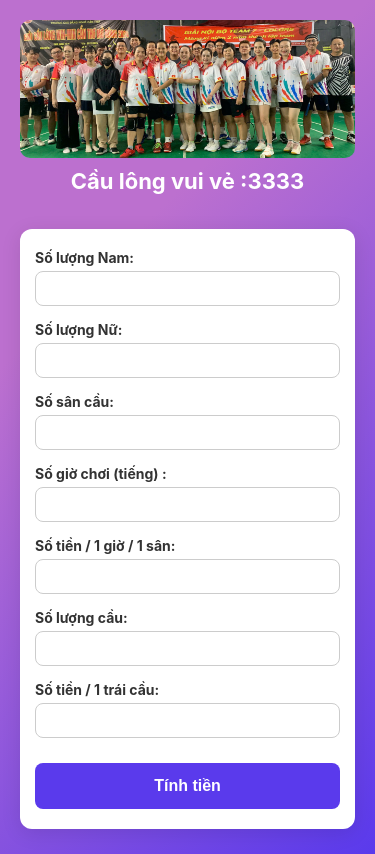
Repository: LuongPTCE181311/Badminton
Page: index.html
An editor plug-in stored every save of this project. The page is shown before and after the next save, followed by the edit.
The browser window is 375 px wide. The pictures show the whole page.

Above is the page before, as saved 2025-12-08 00:53:32.

### index.html
<!DOCTYPE html>
<html lang="vi">

<head>
    <meta charset="UTF-8" />
    <meta name="viewport" content="width=device-width, initial-scale=1.0" />
    <title>Tính Tiền Sân Cầu Lông</title>
    <link rel="stylesheet" href="assets/css/style.css" />
</head>

<body>


    <div class="hero">
        <img src="assets/images/Caulongvuive.jpg" id="img" class="hero-img" alt="Group" />
        <h1 class="title">Cầu lông vui vẻ :3333</h1>
    </div>


    <div class="container">
        <form id="calcForm">


            <div class="form-group">
                <label>Số lượng Nam:</label>
                <input type="number" id="men" />
                <span class="error" id="men_err"></span>
            </div>


            <div class="form-group">
                <label>Số lượng Nữ:</label>
                <input type="number" id="women" />
                <span class="error" id="women_err"></span>
            </div>


            <div class="form-group">
                <label>Số sân cầu:</label>
                <input type="number" id="courts" />
                <span class="error" id="courts_err"></span>
            </div>


            <div class="form-group">
                <label>Số giờ chơi (tiếng) :</label>
                <input type="number" id="hours" />
                <span class="error" id="hours_err"></span>
            </div>


            <div class="form-group">
                <label>Số tiền / 1 giờ / 1 sân:</label>
                <input type="number" id="pricePerHour" />
                <span class="error" id="pricePerHour_err"></span>
            </div>


            <div class="form-group">
                <label>Số lượng cầu:</label>
                <input type="number" id="shuttleCount" />
                <span class="error" id="shuttleCount_err"></span>
            </div>


            <div class="form-group">
                <label>Số tiền / 1 trái cầu:</label>
                <input type="number" id="pricePerShuttle" />
                <span class="error" id="pricePerShuttle_err"></span>
            </div>


            <button type="button" id="calculateBtn" class="btn">Tính tiền</button>
        </form>
    </div>


    <div id="resultModal" class="modal hidden">
        <div class="modal-content">
            <h2>Kết Quả Tính Tiền</h2>
            <div id="result"></div>
            <button id="closeModal" class="close-btn">Đóng</button>
        </div>
    </div>


    <script src="assets/js/main.js"></script>
</body>

</html>

### assets/css/style.css
* {
  box-sizing: border-box;
}

body {
  margin: 0;
  padding: 10px;
  font-family: -apple-system, BlinkMacSystemFont, "Segoe UI", Roboto,
    "Helvetica Neue", Arial, sans-serif;
  background: linear-gradient(135deg, #bc70cf 30%, #5a3aec 100%);
  min-height: 100vh;
}

.hero {
  text-align: center;
  padding-top: 20px;
  max-width: 100%;
  overflow: hidden;
}

.hero-img {
  width: 100%;
  max-width: 400px;
  height: auto;
  display: block;
  margin: 0 auto 15px auto;
  border-radius: 10px;
  object-fit: cover;
}

.close-btn {
  padding: 12px;
  font-size: 15px;
  border-radius: 10px;
  width: 100%;
  margin-top: 3%;
  background-color: #bd5ad6;
  border: none;
  outline: none;
  color: white;
}

.title {
  font-size: clamp(24px, 5vw, 30px);
  font-weight: bold;
  color: white;
  margin: 10px 0;
  text-shadow: 2px 2px 4px rgba(0, 0, 0, 0 3);
  padding: 0 15px;
}

.container {
  width: calc(100% - 20px);
  max-width: 450px;
  margin: 25px auto;
  background-color: white;
  padding: 25px;
  border-radius: 15px;
  box-shadow: 0 4px 20px rgba(0, 0, 0, 0.1);
}

label {
  font-weight: 700;
  display: block;
  margin-bottom: 5px;
  font-size: 15px;
  color: #333;
}

input {
  width: 100%;
  padding: 8px 8px;
  background: rgba(255, 255, 255, 0.6) !important;
  border-radius: 8px;
  border: 1px solid #ccc;
  transition: 0.3s;
  -webkit-appearance: none;
  appearance: none;
}

input:focus {
  outline: none;
  border-color: #1e88e5;
  box-shadow: 0 0 0 3px rgba(30, 136, 229, 0.1);
}

input.error-border {
  border-color: #e53935 !important;
}

.error {
  font-size: 12px;
  color: #d84747;
  font-weight: 600;
  display: block;
  margin-top: 5px;
  min-height: 18px;
}

.btn {
  width: 100%;
  padding: 14px;
  background: #5a3aec;
  color: white;
  font-size: 17px;
  font-weight: 600;
  border: none;
  border-radius: 8px;
  cursor: pointer;
  transition: background 0.3s, transform 0.1s;
  margin-top: 10px;
}

.btn:hover {
  background: #3c22b3;
}

.btn:active {
  transform: scale(0.98);
}

.modal {
  position: fixed;
  inset: 0;
  background: rgba(0, 0, 0, 0.5);
  display: flex;
  justify-content: center;
  align-items: center;
  z-index: 1000;
  padding: 20px;
}

.hidden {
  display: none !important;
}

.modal-content {
  background: white;
  padding: 25px;
  width: calc(100% - 40px);
  max-width: 400px;
  border-radius: 15px;
  text-align: left;
  box-shadow: 0 4px 15px rgba(0, 0, 0, 0.2);
  max-height: 90vh;
  overflow-y: auto;
}

.modal-content h2 {
  margin-top: 0;
  margin-bottom: 20px;
  text-align: center;
  color: #333;
  font-size: clamp(20px, 4vw, 24px);
}

#result {
  line-height: 1.8;
  font-size: 14px;
  color: #555;
}

#result b {
  color: #333;
}

. close-btn {
  margin-top: 20px;
  background: #e53935;
  color: white;
  padding: 12px;
  width: 100%;
  border: none;
  border-radius: 8px;
  cursor: pointer;
  font-size: 16px;
  font-weight: 600;
  transition: background 0.3s, transform 0.1s;
}

.close-btn:hover {
  background: #d32f2f;
}

. close-btn:active {
  transform: scale(0.98);
}

/* Tablet devices */
@media screen and (max-width: 768px) {
  body {
    padding: 10px;
  }

  . container {
    width: calc(100% - 20px);
    margin: 20px auto;
    padding: 20px;
  }

  . hero {
    padding: 15px 0;
  }

  .hero-img {
    max-width: 350px;
  }
}

/* Mobile devices */
@media screen and (max-width: 480px) {
  body {
    padding: 10px;
  }

  .container {
    width: calc(100% - 20px);
    margin: 15px auto;
    padding: 20px 15px;
    border-radius: 12px;
  }

  .hero {
    padding: 10px 0;
  }

  .hero-img {
    max-width: 100%;
    width: calc(100% - 20px);
    margin: 0 auto 10px auto;
  }

  .title {
    font-size: 22px;
    padding: 0 10px;
  }


  .error {
    font-size: 12px;
    color: #d84747;
    font-weight: 600;
    display: block;
    margin-top: 5px;
    min-height: 10px;
  }

  label {
    font-size: 14px;
  }

  input {
    width: 100%;
    padding: 9px;
    background: rgba(255, 255, 255, 0.6) !important;
    border-radius: 8px;
    border: 1px solid #ccc;
    transition: 0.3s;
    -webkit-appearance: none;
    appearance: none;
  }

  .btn {
    padding: 14px;
    font-size: 16px;
  }

  . modal {
    padding: 15px;
  }

  .modal-content {
    width: calc(100% - 30px);
    padding: 20px;
    border-radius: 12px;
  }

  .modal-content h2 {
    font-size: 20px;
    margin-bottom: 15px;
  }

  #result {
    font-size: 13px;
    line-height: 1.7;
  }

  .close-btn {
    padding: 12px;
    font-size: 15px;
    border-radius: 10px;
    width: 100%;
    margin-top: 3%;
    background-color: #bd5ad6;
    border: none;
    outline: none;
    color: white;
  }
}

/* Very small mobile devices */
@media screen and (max-width: 360px) {
  body {
    padding: 8px;
  }

  . container {
    width: calc(100% - 16px);
    padding: 15px 12px;
  }

  . title {
    font-size: 22px;
  }

  . hero-img {
    width: calc(100% - 16px);
  }

  input {
    width: 100%;
    padding: 12px;
    background: rgba(255, 255, 255, 0.6) !important;
    border-radius: 8px;
    border: 1px solid #ccc;
    transition: 0.3s;
    -webkit-appearance: none;
    appearance: none;
  }

  .btn {
    padding: 12px;
    font-size: 15px;
  }

  .modal-content {
    width: calc(100% - 24px);
    padding: 15px;
  }

  #result {
    font-size: 12px;
  }
}

/* Landscape orientation on mobile */
@media screen and (max-height: 600px) and (orientation: landscape) {
  body {
    padding: 5px;
  }

  . hero {
    padding: 5px 0;
  }

  .hero-img {
    max-width: 200px;
    max-height: 120px;
    margin-bottom: 5px;
  }

  .title {
    font-size: 18px;
    margin: 5px 0;
  }

  .container {
    margin: 10px auto;
    width: calc(100% - 10px);
    max-width: 600px;
  }

  . modal-content {
    max-height: 85vh;
  }
}

### assets/js/main.js
// ===================== VALIDATION =========================

function setError(id, message) {
  const input = document.getElementById(id);
  const err = document.getElementById(id + "_err");
  err.textContent = message;
  input.classList.add("error-border");
}

function clearError(id) {
  const input = document.getElementById(id);
  const err = document.getElementById(id + "_err");
  err.textContent = "";
  input.classList.remove("error-border");
}

function validateField(id) {
  const value = document.getElementById(id).value.trim();

  switch (id) {
    case "men":
    case "women":
      if (value === "" || isNaN(value) || parseInt(value) < 0) {
        setError(id, "Giá trị phải ≥ 0");
        return false;
      }
      const men = parseInt(document.getElementById("men").value) || 0;
      const women = parseInt(document.getElementById("women").value) || 0;
      if (men === 0 && women === 0) {
        setError(id, "Nam + Nữ phải ≥ 1");
        return false;
      }
      break;

    case "courts":
      if (value === "" || isNaN(value) || parseInt(value) <= 0) {
        setError(id, "Số sân phải > 0");
        return false;
      }
      break;

    case "hours":
      if (value === "" || isNaN(value) || parseFloat(value) <= 0) {
        setError(id, "Số giờ phải > 0 (cho phép thập phân)");
        return false;
      }
      break;

    case "pricePerHour":
      if (value === "" || isNaN(value) || parseInt(value) < 1000) {
        setError(id, "Tiền / giờ phải ≥ 1000đ");
        return false;
      }
      break;

    case "shuttleCount":
      if (value === "" || isNaN(value) || parseInt(value) <= 0) {
        setError(id, "Số lượng cầu phải > 0");
        return false;
      }
      break;

    case "pricePerShuttle":
      if (value === "" || isNaN(value) || parseInt(value) < 1000) {
        setError(id, "Tiền 1 trái cầu phải ≥ 1000đ");
        return false;
      }
      break;
  }

  clearError(id);
  return true;
}

[
  "men",
  "women",
  "courts",
  "hours",
  "pricePerHour",
  "shuttleCount",
  "pricePerShuttle",
].forEach((id) => {
  document.getElementById(id).addEventListener("input", () => {
    validateField(id);
    if (id === "men" || id === "women") {
      const otherId = id === "men" ? "women" : "men";
      validateField(otherId);
    }
  });
});

// ===================== MODAL =========================

function closeModal() {
  document.getElementById("resultModal").classList.add("hidden");
}

function openModal() {
  document.getElementById("resultModal").classList.remove("hidden");
}

document.getElementById("closeModal").addEventListener("click", closeModal);

function roundUpToThousand(num) {
  return Math.ceil(num / 1000) * 1000;
}

// ===================== THUẬT TOÁN TỐI ƯU =========================

function findOptimalSplit(total, men, women) {
  let bestSolution = null;
  let minDifference = Infinity;
  for (let targetDiff = 3000; targetDiff <= 5000; targetDiff += 1000) {
    let perWoman = (total - targetDiff * men) / (men + women);
    let perMan = perWoman + targetDiff;
    perWoman = roundUpToThousand(perWoman);
    perMan = roundUpToThousand(perMan);
    while (perMan - perWoman < 3000) {
      perMan += 1000;
    }
    while (perMan - perWoman > 5000) {
      perWoman += 1000;
    }
    let actualTotal = perMan * men + perWoman * women;
    while (actualTotal < total) {
      const option1Woman = perWoman + 1000;
      const option1Total = perMan * men + option1Woman * women;
      if (perMan - option1Woman < 3000) {
        perMan += 1000;
      }
      perWoman = option1Woman;
      actualTotal = perMan * men + perWoman * women;
    }
    const genderDiff = perMan - perWoman;
    if (genderDiff < 3000 || genderDiff > 5000) {
      continue;
    }
    const difference = actualTotal - total;
    if (difference < minDifference) {
      minDifference = difference;
      bestSolution = {
        perMan: perMan,
        perWoman: perWoman,
        actualTotal: actualTotal,
        genderDiff: genderDiff,
      };
    }
  }

  return bestSolution;
}

// ===================== CALCULATE =========================

document.getElementById("calculateBtn").addEventListener("click", function () {
  let ok = true;
  const ids = [
    "men",
    "women",
    "courts",
    "hours",
    "pricePerHour",
    "shuttleCount",
    "pricePerShuttle",
  ];

  ids.forEach((id) => {
    if (!validateField(id)) ok = false;
  });

  if (!ok) return;

  const men = parseInt(document.getElementById("men").value) || 0;
  const women = parseInt(document.getElementById("women").value) || 0;
  const courts = parseInt(document.getElementById("courts").value);
  const hours = parseFloat(document.getElementById("hours").value);
  const pHour = parseInt(document.getElementById("pricePerHour").value);
  const scount = parseInt(document.getElementById("shuttleCount").value);
  const pShut = parseInt(document.getElementById("pricePerShuttle").value);

  const courtCost = courts * hours * pHour;
  const shuttleCost = scount * pShut;
  const total = courtCost + shuttleCost;

  let perMan = 0,
    perWoman = 0,
    actualTotal = 0;

  if (men > 0 && women > 0) {
    const solution = findOptimalSplit(total, men, women);
    perMan = solution.perMan;
    perWoman = solution.perWoman;
    actualTotal = solution.actualTotal;

    document.getElementById("result").innerHTML = `
        <b>Chi tiết chi phí:</b><br>
        • Tiền sân: ${courts} sân × ${hours}h × ${pHour.toLocaleString(
      "vi-VN"
    )}đ = ${courtCost.toLocaleString("vi-VN")} VND<br>
        • Tiền cầu: ${scount} cầu × ${pShut.toLocaleString(
      "vi-VN"
    )}đ = ${shuttleCost.toLocaleString("vi-VN")} VND<br><br>

        <b>Tổng dự kiến:</b> ${total.toLocaleString("vi-VN")} VND<br>
        <b>Tổng thực tế:</b> ${actualTotal.toLocaleString("vi-VN")} VND<br>
        <b>Chênh lệch tổng:</b> +${(actualTotal - total).toLocaleString(
          "vi-VN"
        )} VND<br><br>

        <b>Tiền mỗi nam:</b> <b>${perMan.toLocaleString(
          "vi-VN"
        )} đ </b>(x${men})<br>
        <b>Tiền mỗi nữ:</b> <b>${perWoman.toLocaleString(
          "vi-VN"
        )} đ </b>(x${women})<br><br>

        <b>Chênh lệch Nam/Nữ:</b> ${(perMan - perWoman).toLocaleString(
          "vi-VN"
        )} đ
    `;
  } else if (men > 0) {
    perMan = roundUpToThousand(total / men);
    actualTotal = perMan * men;

    document.getElementById("result").innerHTML = `
        <b>Chi tiết chi phí:</b><br>
        • Tiền sân: ${courts} sân × ${hours}h × ${pHour.toLocaleString(
      "vi-VN"
    )}đ = ${courtCost.toLocaleString("vi-VN")} VND<br>
        • Tiền cầu: ${scount} cầu × ${pShut.toLocaleString(
      "vi-VN"
    )}đ = ${shuttleCost.toLocaleString("vi-VN")} VND<br><br>

        <b>Tổng dự kiến:</b> ${total.toLocaleString("vi-VN")} VND<br>
        <b>Tổng thực tế:</b> ${actualTotal.toLocaleString("vi-VN")} VND<br>
        <b>Chênh lệch:</b> +${(actualTotal - total).toLocaleString(
          "vi-VN"
        )} VND<br><br>

        <b>Tiền mỗi nam:</b> <b> ${perMan.toLocaleString(
          "vi-VN"
        )} đ </b>(x${men})
    `;
  } else {
    perWoman = roundUpToThousand(total / women);
    actualTotal = perWoman * women;

    document.getElementById("result").innerHTML = `
        <b>Chi tiết chi phí:</b><br>
        • Tiền sân: ${courts} sân × ${hours}h × ${pHour.toLocaleString(
      "vi-VN"
    )}đ = ${courtCost.toLocaleString("vi-VN")} VND<br>
        • Tiền cầu: ${scount} cầu × ${pShut.toLocaleString(
      "vi-VN"
    )}đ = ${shuttleCost.toLocaleString("vi-VN")} VND<br><br>

        <b>Tổng dự kiến:</b> ${total.toLocaleString("vi-VN")} VND<br>
        <b>Tổng thực tế:</b> ${actualTotal.toLocaleString("vi-VN")} VND<br>
        <b>Chênh lệch:</b> +${(actualTotal - total).toLocaleString(
          "vi-VN"
        )} VND<br><br>

        <b>Tiền mỗi nữ:</b> <b>${perWoman.toLocaleString(
          "vi-VN"
        )} đ</b> (x${women})
    `;
  }

  openModal();
});

After the next save:
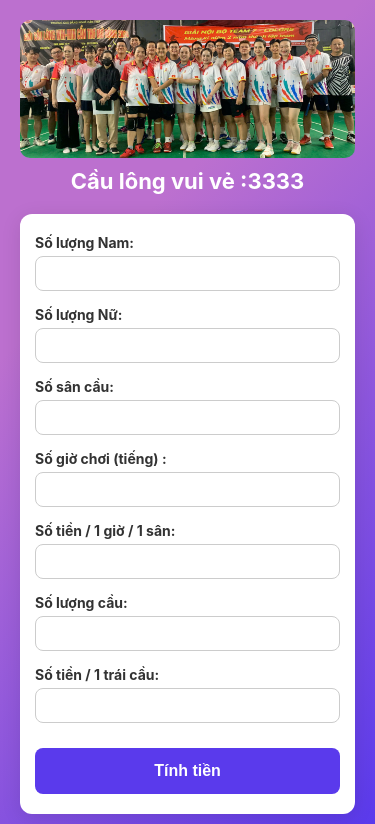
Saved 37 s later.
--- a/assets/css/style.css
+++ b/assets/css/style.css
@@ -215,7 +215,7 @@
 
   .container {
     width: calc(100% - 20px);
-    margin: 15px auto;
+    margin: 0 auto;
     padding: 20px 15px;
     border-radius: 12px;
   }
